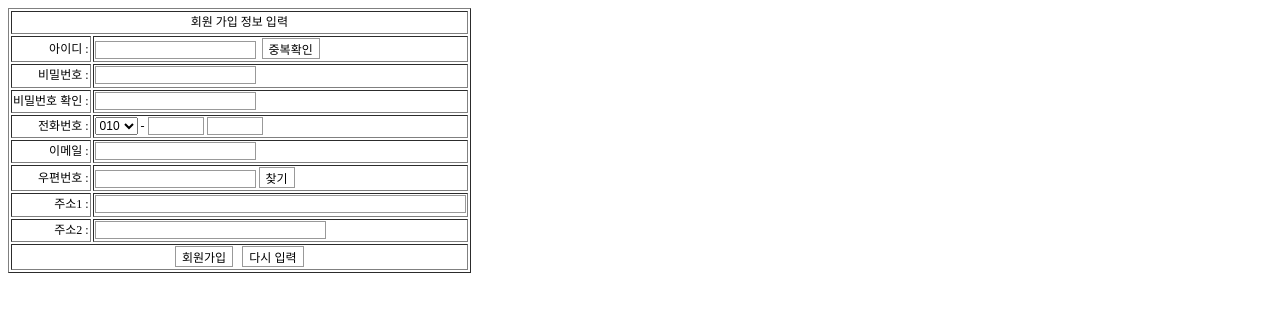
Repository: JIYEON25/model
Page: http://localhost/myWeb/memberone/regForm.jsp
These files come from the project's save history. The page is drawn as it stood at one moment and after the next save; the edit follows.
The browser window is 1280 px wide. The pictures show the whole page.
The page is served by Tomcat 9.

Above is the page before, as saved 2023-09-15 05:44:50.
Console error (its wording comes from the project's code and is left out).

After the next save:
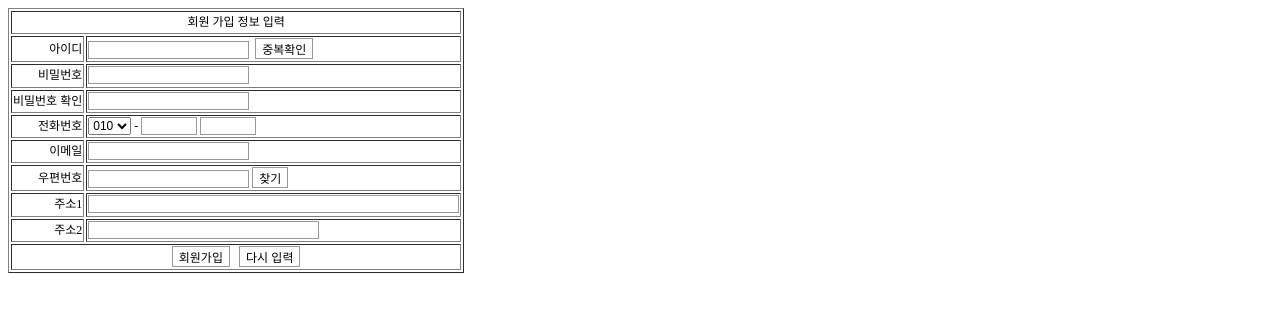
Saved 32 s later.
--- a/model1/myJSP/myWeb/src/main/webapp/memberone/regForm.jsp
+++ b/model1/myJSP/myWeb/src/main/webapp/memberone/regForm.jsp
@@ -14,20 +14,20 @@
 			<td colspan="2" align="center">회원 가입 정보 입력</td>
 		</tr>
 		<tr>
-			<td align="right">아이디 : </td>
+			<td align="right">아이디 </td>
 			<td><input type="text" name="id"/>&nbsp;
 				<input type="button" value="중복확인" onClick="#"/></td>
 		</tr>
 		<tr>
-			<td align="right">비밀번호 : </td>
+			<td align="right">비밀번호 </td>
 			<td><input type="password" name="pass"/></td>
 		</tr>
 		<tr>
-			<td align="right">비밀번호 확인 : </td>
+			<td align="right">비밀번호 확인 </td>
 			<td><input type="password" name="repass"/></td>
 		</tr>
 		<tr>
-			<td align="right">전화번호 : </td>
+			<td align="right">전화번호 </td>
 			<td>
 				<select name="phone1">
 					<option value="010">010</option>
@@ -43,20 +43,20 @@
 			</td>
 		</tr>
 		<tr>
-			<td align="right">이메일 : </td>
+			<td align="right">이메일 </td>
 			<td><input type="text" name="email"/></td>
 		</tr>
 		<tr>
-			<td align="right">우편번호 : </td>
+			<td align="right">우편번호 </td>
 			<td><input type="text" name="zipcode"/>
 				<input type="button" value="찾기" onClick="#"/></td>
 		</tr>
 		<tr>
-			<td align="right">주소1 : </td>
+			<td align="right">주소1 </td>
 			<td><input type="text" name="address1" size="50"/></td>
 		</tr>
 		<tr>
-			<td align="right">주소2 : </td>
+			<td align="right">주소2 </td>
 			<td><input type="text" name="address2" size="30"/></td>
 		</tr>
 		<tr>
